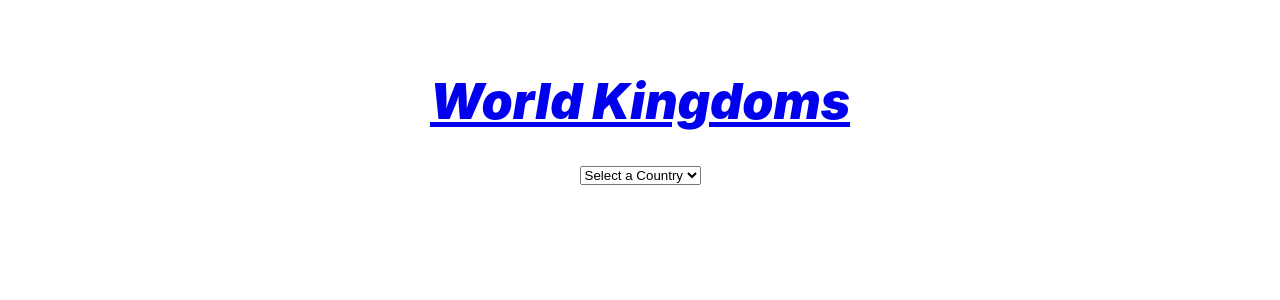
Repository: GloGlorGloria/COMP3170-lab7
Page: /
An editor plug-in stored every save of this project. The page is shown before and after a run of saves, followed by the edit.
The browser window is 1280 px wide. The pictures show the whole page.
The page's requests for data from a server got no answer. The project was rebuilt for these pictures with package versions that can differ from the ones it lists, and the page was loaded fresh each time. No one was signed in, and anything a server would have sent is missing. Also part of the build but not shown: vite.config.js, src/components/Details.jsx.

Above is the page before, as saved 2024-11-24 02:11:23.

### index.html
<!doctype html>
<html lang="en">
  <head>
    <meta charset="UTF-8" />
    <link rel="icon" type="image/svg+xml" href="/Globe icon.png" />
    <meta name="viewport" content="width=device-width, initial-scale=1.0" />
    <title>World Kingdoms</title>
  </head>
  <body>
    <div id="root"></div>
    <script type="module" src="/src/main.jsx"></script>
  </body>
</html>

### src/index.css
:root {
  font-family: Inter, system-ui, Avenir, Helvetica, Arial, sans-serif;
  line-height: 1.5;
  font-weight: 400;

  color-scheme: light dark;
  color: rgba(255, 255, 255, 0.87);
  background-color: #242424;

  font-synthesis: none;
  text-rendering: optimizeLegibility;
  -webkit-font-smoothing: antialiased;
  -moz-osx-font-smoothing: grayscale;
}

h1 {
  font-size: 50px;
  font-style: italic;
  font-weight: 900;
  line-height: 1.1;
}

h1:hover{
  color: #fe481f;
}

/* button {
  border-radius: 8px;
  border: 1px solid transparent;
  padding: 0.6em 1.2em;
  font-size: 1em;
  font-weight: 500;
  font-family: inherit;
  background-color: #1a1a1a;
  cursor: pointer;
  transition: border-color 0.25s;
} */
/* button:hover {
  border-color: #646cff;
}
button:focus,
button:focus-visible {
  outline: 4px auto -webkit-focus-ring-color;
} */

@media (prefers-color-scheme: light) {
  :root {
    color: #213547;
    background-color: #ffffff;
  }
  a:hover {
    color: #747bff;
  }
  button {
    background-color: #f9f9f9;
  }
}

### src/App.jsx
import { BrowserRouter, Routes, Route } from 'react-router-dom';
import Countries from './components/Countries';
import Details from './components/Details';
import './App.css'

function App() {
  return (
       <BrowserRouter>
          <Routes>
          <Route path="/" element={<Countries />}>
            <Route path="/countries/:cca2?" element={<Details />}>
            </Route>
          </Route>
        </Routes>
       </BrowserRouter>
  );
}

export default App

### src/components/Countries.jsx
import { useEffect, useState } from 'react';
import {useNavigate, NavLink, Outlet} from "react-router-dom";


export default function Countries() {
  const [countries, setCountries] = useState([]);
  const [selectedOption, setSelectedOption] = useState("Select a Country");
  const [fetchStatus, setFetchStatus] = useState('idle');
  const navigate = useNavigate();
  const isLoading = fetchStatus === 'loading';
  const isError = fetchStatus === 'error';

  useEffect(() => {
    async function fetchData() {
      try {
        setFetchStatus('loading');
        const response = await fetch('https://restcountries.com/v3.1/name/kingdom');
        if (!response.ok) {
          throw new Error ('Failed to fetch countries');
        }
        const data = await response.json();
        setCountries(data);
        setFetchStatus('idle');
        console.log(countries);
      } catch(e){
        setFetchStatus('error');
        console.error(e.message);
      }
    }
    fetchData();
  }, []);

  useEffect(() => {
    if (location.pathname === "/") {
      setSelectedOption("Select a Country");
    }
  }, [location]);


  const handleCountrySelect = (event) => {
    const countryName = event.target.value;
    setSelectedOption(countryName);

    if (countryName === "Select a Country") {
      navigate("/");
      return;
    }

    const selectedCountry = countries.find((country) => country.name.common === countryName);

    if (selectedCountry) {
    navigate(`/countries/${selectedCountry.cca2}`, { state: {selectedCountry} });
  }};

  return (
    <div>
      <h1>
        <NavLink
        to="/"
        onClick={() => setSelectedOption("Select a Country")}
        >World Kingdoms</NavLink>
      </h1>
      <div className='select_container'>
        <select value={selectedOption} onChange={handleCountrySelect} >
          <option>Select a Country</option>
          {countries.map((country, index) => (
            <option
            key={index}
            value={country.name.common}
            >
            {country.name.common}
            </option>
          ))}
        </select>
      </div>

      <Outlet/>
      </div>
    );
  };

Loaded but not shown: src/main.jsx (common file); src/App.css (common file)

After the next 3 saves:
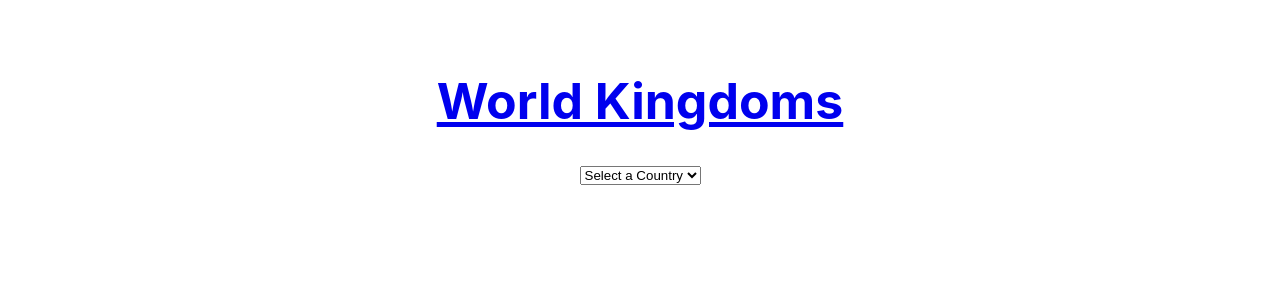
The 3 saves are shown as one change because they came seconds apart.
The last was saved 9 s later.
--- a/src/index.css
+++ b/src/index.css
@@ -15,8 +15,7 @@
 
 h1 {
   font-size: 50px;
-  font-style: italic;
-  font-weight: 900;
+
   line-height: 1.1;
 }
 
